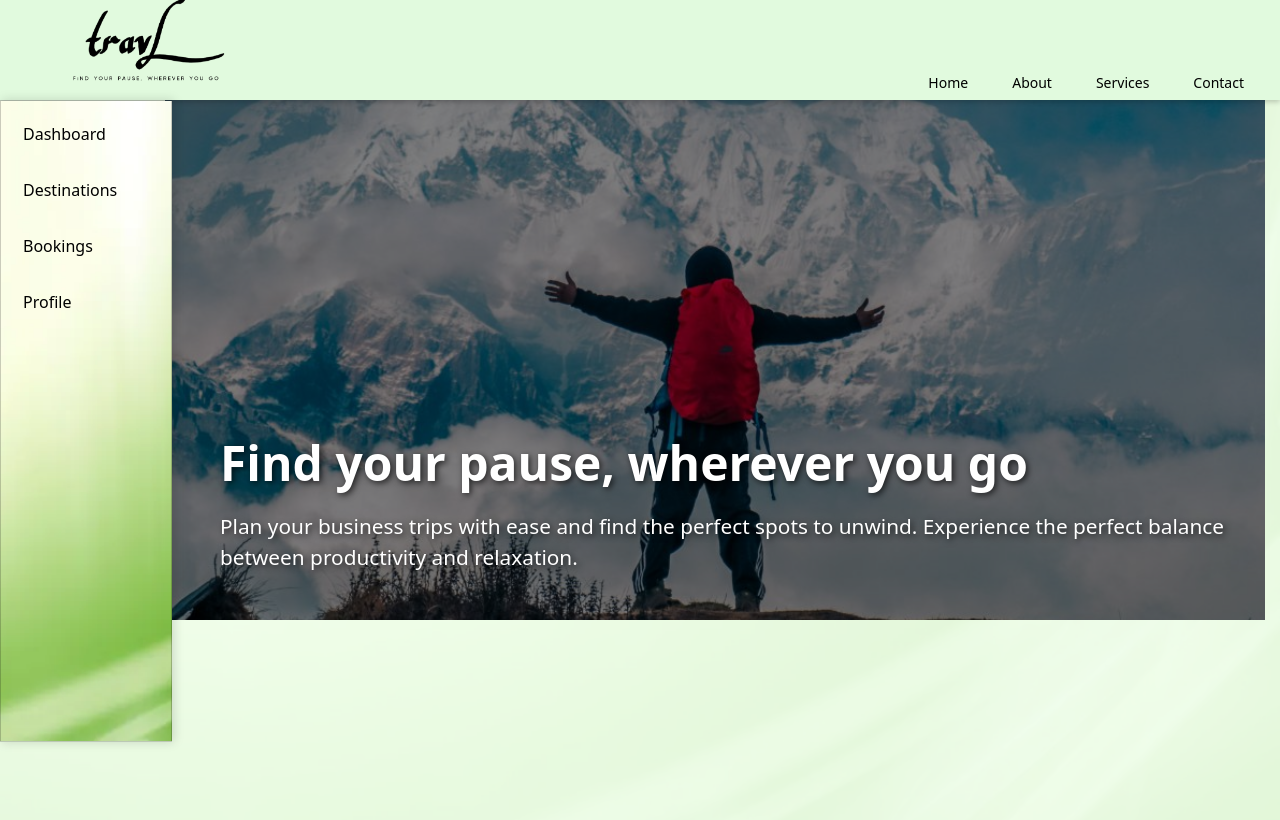
Repository: Nakib-Arman/Javafest25---travL
Page: / (app in Frontend/)
These files come from the project's save history. The page is drawn as it stood at one moment and after a run of saves; the edit follows.
The browser window is 1280 px wide. The pictures show the whole page.
Pictures or frames that could not be fetched are drawn as grey boxes. The project was rebuilt for these pictures with package versions that can differ from the ones it lists, and the page was loaded fresh each time. Also part of the build but not shown: Frontend/vite.config.js.

Above is the page before, as saved 2025-08-13 13:47:15.

### Frontend/src/App.jsx
import { useState } from 'react'

import Home from './Components/Home'

function App() {
  const [count, setCount] = useState(0)

  return (
    <div>
      <Home/>
    </div>
  )
}

export default App

### Frontend/src/Components/Home.jsx
import React, { useState, useEffect } from 'react';
import '../CSS/Home.css';
import Topbar from './Topbar';
import Sidebar from './Sidebar';

import img1 from '../assets/travel1.jpg';
import img2 from '../assets/travel2.jpg';
import img3 from '../assets/travel3.jpg';
import logo from '../assets/Logo1.png';  // adjust the path as needed


export default function Home() {
  const images = [img1, img2, img3];
  const [currentIndex, setCurrentIndex] = useState(0);

  useEffect(() => {
    const timer = setInterval(() => {
      setCurrentIndex((prev) => (prev + 1) % images.length);
    }, 8000);
    return () => clearInterval(timer);
  }, [images.length]);

  return (
    <div className="home-container">
      <Topbar />
      <Sidebar />

      <div className="slideshow-container">
        <div
          className="slide-track"
          style={{ transform: `translateX(-${currentIndex * 100}%)` }}
        >
          {images.map((src, idx) => (
            <img key={idx} src={src} alt={`Slide ${idx}`} className="slide-image" />
          ))}
        </div>

        <div className="overlay-text">
          <h1>Find your pause, wherever you go</h1>
          <p>Plan your business trips with ease and find the perfect spots to unwind.
          Experience the perfect balance between productivity and relaxation.</p>
        </div>
      </div>
    </div>
  );
}

### Frontend/src/CSS/Home.css
.home-container {
    margin: 0;
    padding: 0;

    height: 100vh;
    width: 100vw;

    background-image: url('../assets/background2.jpg');
    background-position: center;
    background-repeat: no-repeat;
    background-size: cover;

    position: relative;
    color: black;
}


.home-container::before {
    content: '';
    position: absolute;
    top: 0;
    left: 0;
    right: 0;
    bottom: 0;
    background: rgba(241, 255, 238, 0.9);
    z-index: 1;
    pointer-events: none;
}



/* Slideshow adjusted to leave space for navbars */
.slideshow-container {
    position: relative;
    margin-top: 100px;
    /* space for topbar */
    margin-left: 165px;
    /* space for sidebar */
    width: calc(100% - 180px);
    height: calc(100% - 200px);
    /* 60% of viewport height */
    overflow: hidden;
    background-color: black;
    /* fallback */
    z-index: 2;
}

.slide-track {
    display: flex;
    transition: transform 0.8s ease-in-out;
    height: 100%;
}

.slide-image {
    min-width: 100%;
    height: 100%;
    object-fit: cover;
    opacity: 0.5;
}

/* Text overlay on slideshow */
.overlay-text {
    position: absolute;
    bottom: 5%;
    left: 5%;
    transform: none;
    text-align: left;
    color: white;
    text-shadow: 2px 2px 6px rgba(0, 0, 0, 0.7);
    z-index: 2;
}

.overlay-text h1 {
    font-size: 3rem;
    margin-bottom: 10px;
}

.overlay-text p {
    font-size: 1.3rem;
}

### Frontend/src/Components/Topbar.jsx
// src/components/Topbar.js
import React from 'react';
import '../CSS/Topbar.css';

export default function Topbar() {
  return (
    <nav className="topbar">
      <a className="logo-link" href="/"></a>

      <div className="nav-buttons">
        <button>Home</button>
        <button>About</button>
        <button>Services</button>
        <button>Contact</button>
      </div>
    </nav>
  );
}

### Frontend/src/Components/Sidebar.jsx
// src/components/Sidebar.js
import React from 'react';
import '../CSS/Sidebar.css';

export default function Sidebar() {
  return (
    <div className="sidebar">
      <button>Dashboard</button>
      <button>Destinations</button>
      <button>Bookings</button>
      <button>Profile</button>
    </div>
  );
}

### Frontend/src/CSS/Topbar.css
.topbar {
    position: fixed;
    top: 0;
    left: 0;
    right: 0;
    height: 100px;
    background-color: #e1fade;
    display: flex;
    justify-content: space-between;
    align-items: flex-end;
    padding: 0 20px;
    box-shadow: 0 2px 5px rgba(0,0,0,0.2);
    z-index: 1000;
  }

  /* Logo */
  .logo-link {
    display: inline-block;
    height: 110px;   /* make bigger if needed */
    width: 250px;
    background-image: url('../assets/Logo1.png');
    background-size: contain;
    background-repeat: no-repeat;
    background-position: center;
  }

  /* Navigation buttons container */
  .nav-buttons {
    display: flex;
    gap: 12px;
  }

  /* Button styling */
  .nav-buttons button {
    background-color: transparent;
    color: black;
    border: none;
    padding: 8px 16px;
    border-radius: 6px;
    font-size: 14px;
    font-weight: 500;
    cursor: pointer;
    transition: background-color 0.3s ease;
  }

  .nav-buttons button:hover {
    background-color: #354434;
    color: white;
  }

### Frontend/src/CSS/Sidebar.css
.sidebar {
  position: fixed;
  top: 100px;
  /* below topbar height */
  left: 0;
  width: 150px;
  height: calc(100vh - 100px);
  /* background-color: ; */
  background-image: url('../assets/background2.jpg');
    background-position: center;
    background-repeat: no-repeat;
    background-size: cover;
  display: flex;
  flex-direction: column;
  padding: 10px;
  gap: 10px;
  z-index: 1050;

  /* Border + shadow */
  border: 1px solid rgba(0, 0, 0, 0.2);
  box-shadow: 2px 0 10px rgba(0, 0, 0, 0.15);
}


.sidebar button {
  background-color: transparent;
  color: black;
  border: none;
  padding: 12px;
  text-align: left;
  border-radius: 4px;
  cursor: pointer;
  transition: background-color 0.3s ease;
}

.sidebar button:hover {
  background-color: #666;
}

Loaded but not shown: Frontend/index.html (common file); Frontend/src/main.jsx (common file); Frontend/src/index.css (common file)

After the next 2 saves:
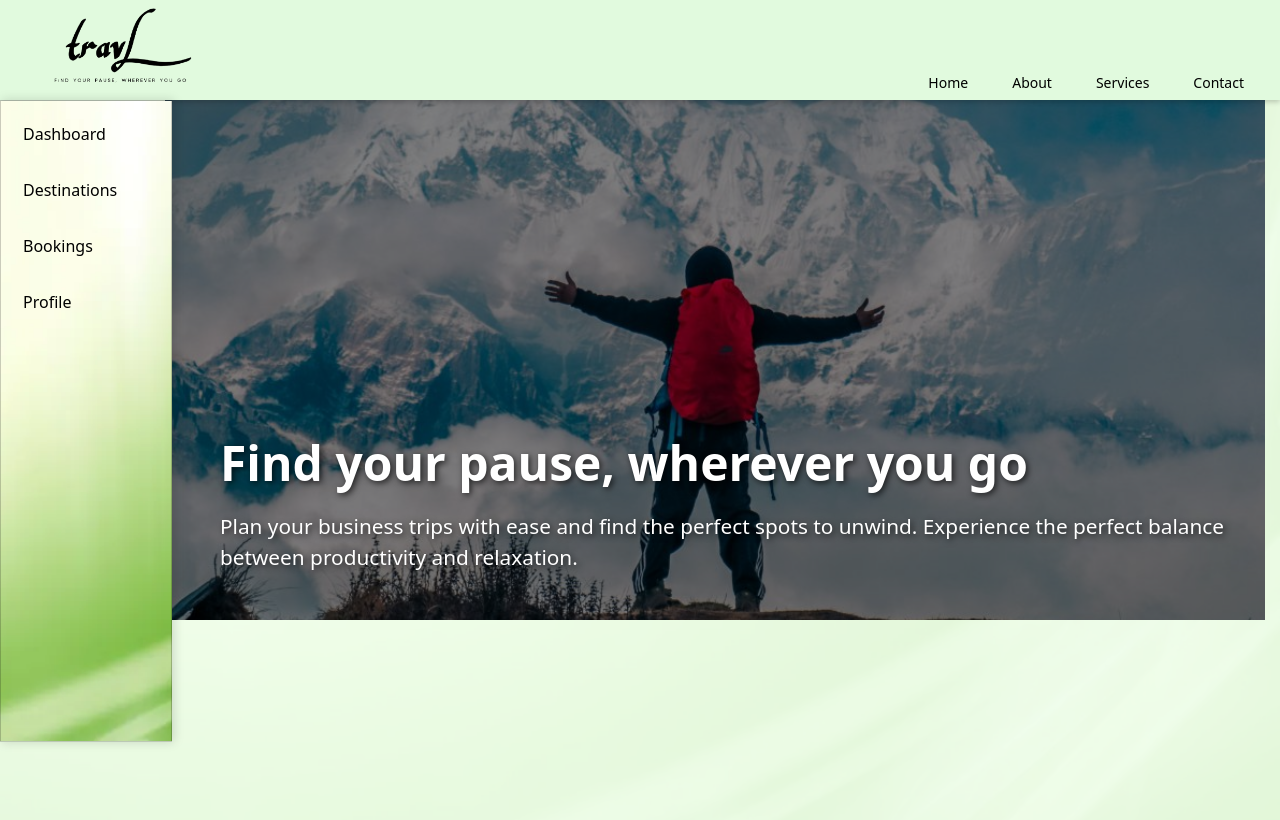
The 2 saves are shown as one change because they came seconds apart.
The last was saved 8 s later.
--- a/Frontend/src/CSS/Topbar.css
+++ b/Frontend/src/CSS/Topbar.css
@@ -16,8 +16,8 @@
   /* Logo */
   .logo-link {
     display: inline-block;
-    height: 110px;   /* make bigger if needed */
-    width: 250px;
+    height: 100px;   /* make bigger if needed */
+    width: 200px;
     background-image: url('../assets/Logo1.png');
     background-size: contain;
     background-repeat: no-repeat;
